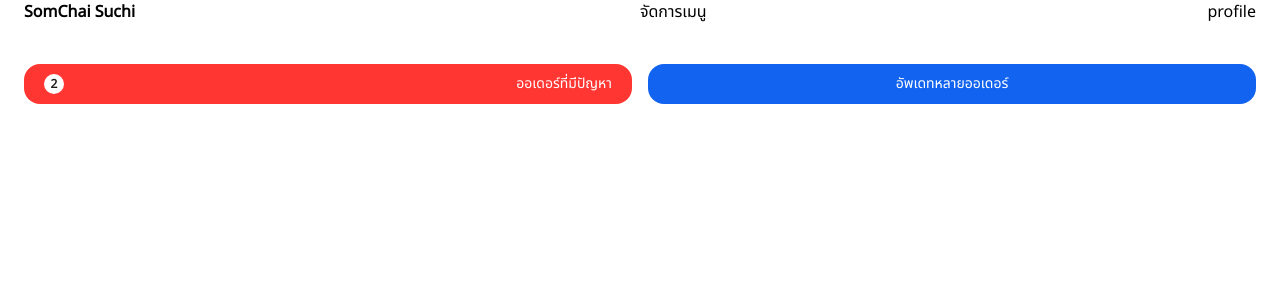
Repository: Pingping1004/food-ordering
Page: / (app in frontend/)
An editor plug-in stored every save of this project. The page is shown before and after the next save, followed by the edit.
The browser window is 1280 px wide. The pictures show the whole page.
The project was rebuilt for these pictures with package versions that can differ from the ones it lists, and the page was loaded fresh each time. The framework's server and built-in components were replaced by stand-ins that run in the browser. Also part of the build but not shown: frontend/next.config.ts.

Above is the page before, as saved 2025-06-04 05:24:28.

After the next save:
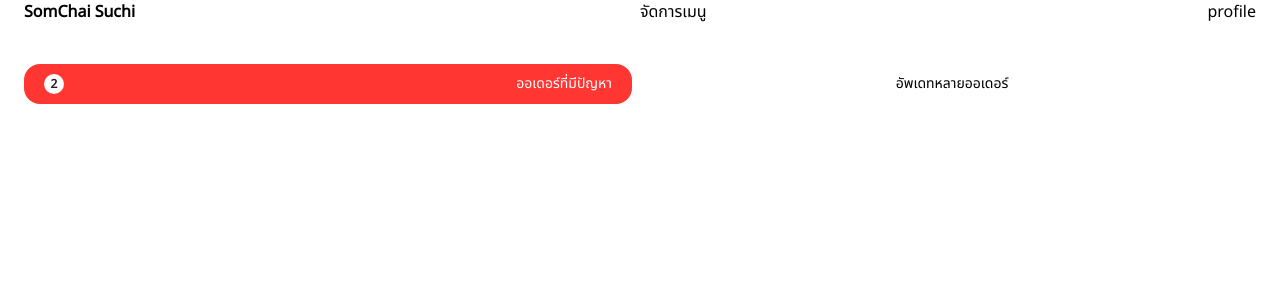
Saved 5 s later.
--- a/frontend/src/app/page.tsx
+++ b/frontend/src/app/page.tsx
@@ -16,7 +16,7 @@ export default function CookerHomePage() {
           ออเดอร์ที่มีปัญหา
         </Button>
         <Button
-
+          variant
         >อัพเดทหลายออเดอร์</Button>
       </section>
     </div>
